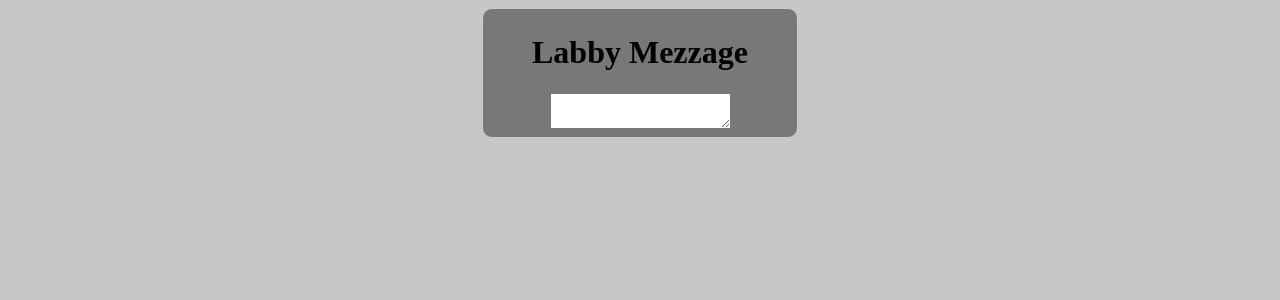
Repository: Angamanga/1dv403-laborationer
Page: 2-labbymezzage/index.html
The author's editor kept a record of every edit. The page is drawn from the files as they stood at one moment, then again after the next edit.
The browser window is 1280 px wide. The pictures show the whole page.
Some web fonts or font styles are not loaded; a fallback is used.

Above is the page before.
Console error: TypeError: Cannot read properties of null (reading 'appendChild')

### 2-labbymezzage/index.html
<!doctype html>
<html lang="sv">

<head>
    <meta charset="utf-8" />
    <title>Labby mezzage</title>
    <link href='//fonts.googleapis.com/css?family=Londrina+Outline|Raleway:400' rel='stylesheet' type='text/css'>
    <link rel="stylesheet" media="screen and (min-width:501px)" href="css/style.css">
    <link rel="stylesheet" media="screen and (max-width:500px)" href="css/mobile.css">
    <meta name="viewport" content="width=device-width, minimum-scale=1">
    <script src="js/MessageBoard.js"></script>
    <script src="js/message.js"></script>
    <script src="js/script.js"></script>

    <title>Webbteknik 1, Laboration 2</title>
</head>
<body>
    <main>

        <div id="board1">
            <header>
                <h1>Labby Mezzage</h1>
            </header>
            <div class="container"></div>
            <p class="counter"></p>
            <textarea class="messageInput"></textarea>
        </div>


    </main>
</body>
</html>

### 2-labbymezzage/css/style.css
/*@media screen and (min-width: 501px)*/
body {
    background: #C6C8C5;
    color: black;
    font-family: 'Raleway', sans-serif;
}

#board1, #board2  {
    width: 300px;
    margin: 0 auto;
    text-align: center;
     margin: 0 auto;
    background: #787878;
    border: 1px solid #ccc;
    -moz-border-radius: 10px;
    -webkit-border-radius: 10px;
    border-radius: 10px;
    padding: 4px 7px;
    outline: 0;
    -webkit-appearance: none;
}
#board1 h1, #board2 h1{
   font-family: 'Londrina Outline', cursive;
}

.messageInputboard1,.messageInputboard2 {
    width:290px;
    border: 1px solid #ccc;
    -moz-border-radius: 10px;
    -webkit-border-radius: 10px;
    border-radius: 10px;
    outline: 0;
    padding-left:5px;
    padding-right:5px;
    -webkit-appearance: none;
}
.messageInputboard1:focus, .messageInputboard2:focus  {
    border-color: #430F29;
}
.messageboard1, .messageboard2{
    position:relative;
    width:290px;
    min-height:30px;
     border: 1px #C6C8C5;
     background:white;
    -moz-border-radius: 10px;
    -webkit-border-radius: 10px;
    border-radius: 10px;
    margin:3px;
    outline: 0;
    -webkit-appearance: none;
    font-size:0.6em;
       }

.text {
text-align:left;
padding:17px 54px 0 7px;

}
.time{
text-align:right;
padding:7px 7px 7px 0;

}

.submitDelete{
    position:absolute;
    right:7px;
    top:7px;

}

.submitEdit{
position:absolute;
    right:20px;
    top:7px;

}
.showDate{
    position:absolute;
    right:35px;
    top:7px;
}

.counterboard1, .counterboard2{
    font-size:0.7em;
    padding:0;
    margin:0 0 0 185px;

}
.submitMessage{
background:#C6C8C5;
color:#430F29;
text-shadow:none;
border-radius:200px;
font-size:14px;
padding:10px 70px;
text-transform:uppercase;
border:0;
box-shadow: none;
text-shadow:none;

}
.submitMessage:hover{
    background:#4F504F;
}

### 2-labbymezzage/js/MessageBoard.js
//"use strict";

var MessageBoard = function(boardnb){
    this.boardnb = boardnb;
    var that = this;
    this.messages = [];

    //funktion som skapar ett meddelande fran text skriven i textarean
    this.submit = function(){
        var txt = that.messageInput.value;
        var msg = new Message(txt, new Date());
        this.messages.push(msg);
        this.counter.innerHTML = "Antal meddelanden: " + this.messages.length;
        this.renderMessages();
        this.messageInput.value="";
            };
    //funktion som tar bort ett meddelande
    this.removeMessage = function(i){
        var a=window.confirm("Vill du verkligen radera meddelandet?");
                if(a===true){
        this.messages.splice(i,1);
        this.renderMessages();
        this.counter.innerHTML = "Antal meddelanden: " + this.messages.length;
            };};
    //funktion som skapar messageboard
    this.createBoard = function(boardnb){
        //skapar en header i div-taggen dar applikationen ska ligga
        var board = document.getElementById(boardnb);
        var header = document.createElement("header");
        var h1 = document.createElement("h1");
        h1.innerHTML = "Labby Mezzage";
        board.appendChild(header);
        header.appendChild(h1);
        //skapar en div att lagga meddelanden i
        var container = document.createElement("div");
        container.className = "container"+boardnb;
        board.appendChild(container);
        //skapar en plats for raknaren
        this.counter =  document.createElement("p");
        this.counter.className = "counter"+boardnb;
        board.appendChild(this.counter);
        //skapar en textarea att skriva meddelandet i
        var textarea = document.createElement("textarea");
        textarea.className = "messageInput"+boardnb;
        //skapar en eventlyssnare som skapar ett meddelande (anropar funktionen submit) da anvandaren trycker pa enter och radbrytning da anvandaren trycker pa shift-enter
        textarea.onkeydown = function(e){
             if(e.keyCode == 13 && !e.shiftKey){
              that.submit();
              return false;
        }};
        board.appendChild(textarea);
        this.messageInput = document.querySelector(".messageInput"+boardnb);
        //skapar en skrivknapp
        var inputButton = document.createElement("input");
        inputButton.type = "button";
        inputButton.value = "skriv";
        inputButton.className = "submitMessage";
        //skapar en eventlyssnare som skapar ett meddelande (anropar funktionen submit) da anvandaren trycker pa skrivknappen med musknappen
        inputButton.onclick = function(e){
            that.submit();
            return false;
        }
        board.appendChild(inputButton);
        };


    //funktion som tar bort alla meddelanden och sedan lagger till dom igen
    this.renderMessages = function(){
                document.querySelector(".container"+boardnb).innerHTML="";
                for(var i=0;i<this.messages.length;++i){
                    this.renderMessage(i);
                    console.log(this.messages[i].getText());
                }};
    this.renderMessage = function(messageID){
         //skapar div for ett meddelande med classname "messContainer"
        var container = document.querySelector(".container"+boardnb);
        var messContainer = document.createElement("div");
        messContainer.className = "message"+boardnb;
        container.appendChild(messContainer);
         //skapar en p-tagg som ska innahalla texten
        var textP = document.createElement("p");
        textP.setAttribute("class","text");
        messContainer.appendChild(textP);
        textP.innerHTML = this.messages[messageID].getHTMLtext();
        this.messages[messageID].getHTMLtext();
        //skapar en p-tagg som ska innehalla tiden
        var timeP = document.createElement("p");
        timeP.setAttribute("class","time");
        messContainer.appendChild(timeP);
        timeP.innerHTML = this.messages[messageID].getDate().toLocaleTimeString();
        //Skapar en lank och lagger till en bild som ska visa datum som en alertbox da man klickar pa bilden
        var linkTime=document.createElement("a");
        linkTime.setAttribute("src", "#");
        linkTime.setAttribute("class","showDate")
        var img1 = document.createElement("img");
        img1.setAttribute("src","pics/14.png");
        img1.setAttribute("alt","visa tid");
        messContainer.appendChild(linkTime);
        linkTime.appendChild(img1);
        var alertTime=this.messages[messageID].getDate();
        img1.onclick = function(){
        alert("Inlagget skapades den: " + alertTime);
            };
        //gor en lank och lagger till en bild som ska radera meddelandet om man klickar pa bilden
        var linkDelete=document.createElement("a");
        linkDelete.setAttribute("src", "#");
        linkDelete.setAttribute("class","submitDelete");
        var img2 = document.createElement("img");
        img2.setAttribute("src","pics/12.png");
        img2.setAttribute("alt","radera meddelande");
        messContainer.appendChild(linkDelete);
        linkDelete.appendChild(img2);
        //onclick-event som raderar ett meddelande
        img2.onclick = function(messageID){
        that.removeMessage(messageID);
                }

        var edit=document.createElement("a");
        edit.setAttribute("src", "#");
        edit.setAttribute("class","submitEdit");
        var img3 = document.createElement("img");
        img3.setAttribute("src","pics/13.png");
        img3.setAttribute("alt","editera meddelande");
        messContainer.appendChild(edit);
        edit.appendChild(img3);
        //onclick-event som raderar ett meddelande
        img3.onclick = function(){
        var textbox = document.querySelector(".messageInput"+boardnb);
        textbox.value = that.messages[messageID].getHTMLtext();
         //skapar en andra
        var changeButton = document.createElement("input");
        changeButton.type = "button";
        changeButton.value = "ändra";
        changeButton.className = "submitMessage";
        //skapar en eventlyssnare som skapar ett meddelande (anropar funktionen submit) da anvandaren trycker pa skrivknappen med musknappen
        changeButton.onclick = function(e){
            that.messages[messageID].setText(textbox.value);
            textbox.value = "";
            that.renderMessages();
            board.removeChild(changeButton);
            return false;
        }
        var board = document.getElementById(boardnb);
        board.appendChild(changeButton);
                }
              };


     this.init = function(){
     this.createBoard(boardnb);

         }

}

### 2-labbymezzage/js/message.js
"use strict";

function Message(message, date){

	this.getText = function(){
		return message;
	}
	this.setText = function(_text){
		message = _text;
	}

	this.getDate = function(){
		return date;
	}
	this.setDate = function(_date){
		date = _date
	}
}

Message.prototype.toString = function() {
	return this.getText() + " (" + this.getDate() + " )";
};

Message.prototype.getHTMLtext = function() {
			return this.getText().replace(/\n/g, " <br> ");
};

### 2-labbymezzage/js/script.js
"use strict";

window.onload = function(){
    var board1 = new MessageBoard();
    console.log(board1);
    board1.init(board1);

    var board2 = new MessageBoard();
    console.log(board1);
    board2.init(board2);


};

### 2-labbymezzage/css/mobile.css
/*@media screen and (max-width: 500px)*/
/*@media screen and (min-width: 501px)*/
body {
    background: #C6C8C5;
    color: black;
    font-family: 'Raleway', sans-serif;
}

.board {
    width: 300px;
    margin: 0 auto;
    text-align: center;
    line-height: 1.8em;
    margin: 0 auto;
    background: #787878;
    border: 1px solid #ccc;
    -moz-border-radius: 10px;
    -webkit-border-radius: 10px;
    border-radius: 10px;
    padding: 4px 7px;
    outline: 0;
    -webkit-appearance: none;
}
.board h1{
   font-family: 'Londrina Outline', cursive;
}

.messageInput {
    width:290px;
    border: 1px solid #ccc;
    -moz-border-radius: 10px;
    -webkit-border-radius: 10px;
    border-radius: 10px;
     outline: 0;
    -webkit-appearance: none;
}
.messageInput:focus {
    border-color: #430F29;
}
.messages{
    width:290px;
     border: 1px #C6C8C5;
     background:white;
    -moz-border-radius: 10px;
    -webkit-border-radius: 10px;
    border-radius: 10px;
    margin:3px;
    outline: 0;
    -webkit-appearance: none;
    font-size:0.9em;
       }

.text {
float:left;
padding:0 4px 0 4px;
margin:0 4px 0 4px;
}
.time{
    float:right;
   padding:0 4px 0 4px;
margin:0 4px 0 4px;
}
a{

    display:inline-block;
}

.counter{
    font-size:0.7em;
    padding:0;
    margin:0 0 0 185px;

}
.submitMessage{
background:#C6C8C5;
color:#430F29;
text-shadow:none;
border-radius:200px;
font-size:14px;
padding:10px 70px;
text-transform:uppercase;
border:0;
box-shadow: none;
text-shadow:none;
}

After the next edit:
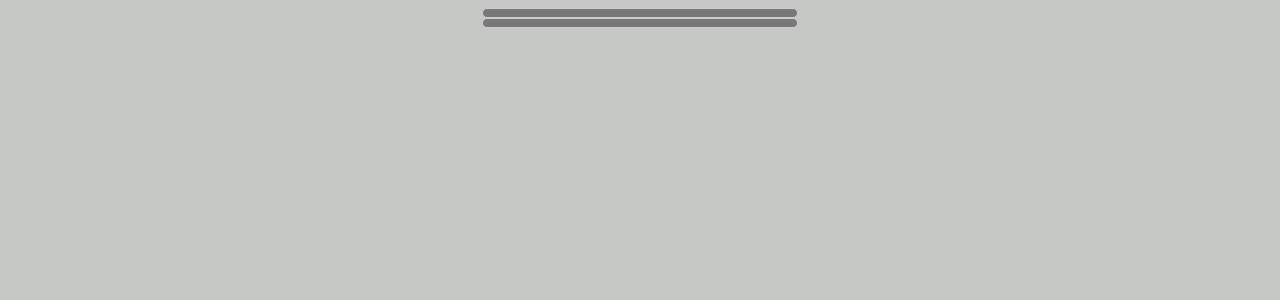
The edit:
--- a/2-labbymezzage/index.html
+++ b/2-labbymezzage/index.html
@@ -17,14 +17,10 @@
 <body>
     <main>
 
-        <div id="board1">
-            <header>
-                <h1>Labby Mezzage</h1>
-            </header>
-            <div class="container"></div>
-            <p class="counter"></p>
-            <textarea class="messageInput"></textarea>
-        </div>
+            <div id="board1">
+            </div>
+            <div id="board2">
+            </div>
 
 
     </main>
